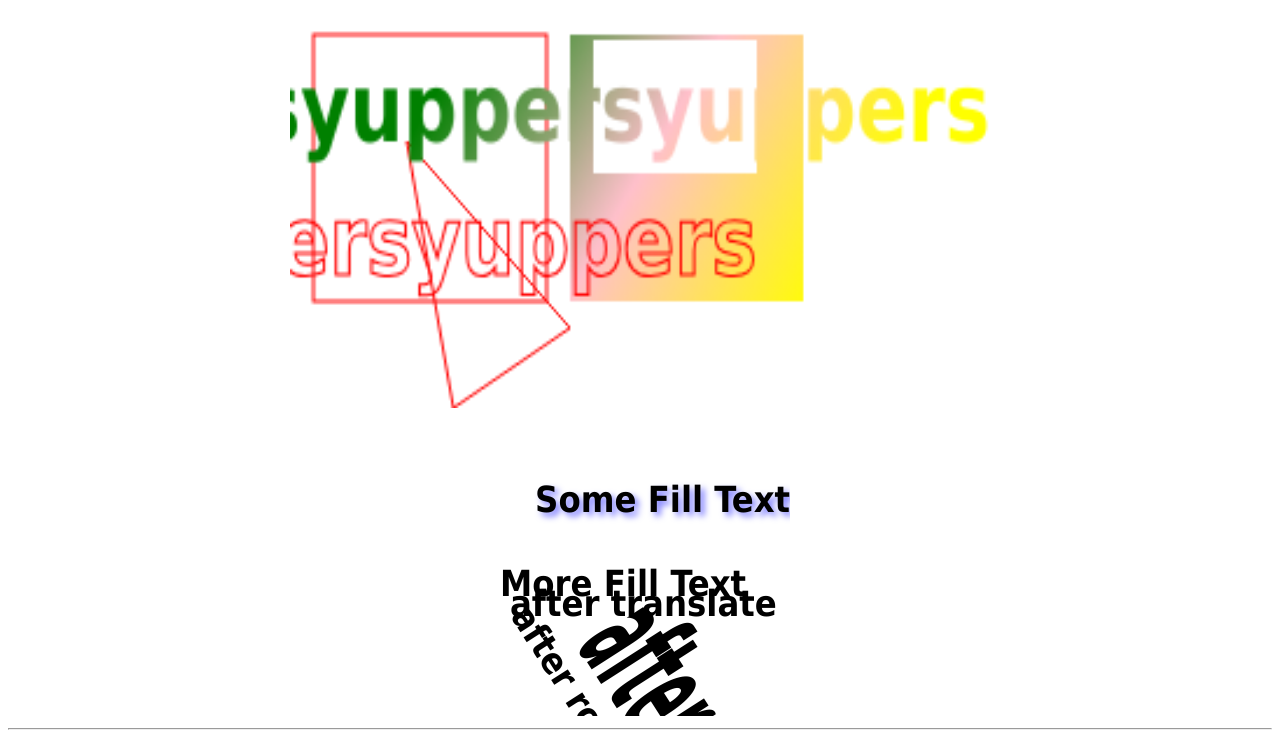
Repository: jksfoTemp/HTML5
Page: default.12.html
The author's editor kept a record of every edit. The page is drawn from the files as they stood at one moment, then again after the next edit.
The browser window is 1280 px wide. The pictures show the whole page.

Above is the page before.
Console error: TypeError: Cannot read properties of null (reading 'getContext')

### default.12.html
<!doctype html>
<html lang="en">
<head>
    <meta charset="utf-8" />
    <title>Default 12, Canvas, gradients, shapes, text, shadows;
    Transformations - translate, rotate, scale; session 36-40; 4:55:54</title>
    <link rel="stylesheet" href="css/default.12.css" />
    <script type="text/javascript" src="js/default.12.js"></script>
</head>

<body>
    <div id="big_wrapper">
        <section id="main">
            <canvas id="canvas1" >
                Hopefully you don't see this but if you do
                please use <a href = "https://www.google.com/intl/en-US/chrome/browser/">Google Chrome </a>
            </canvas>
            <br />
            <canvas id="canvas2" >
                Hopefully you don't see this but if you do
                please use <a href = "https://www.google.com/intl/en-US/chrome/browser/">Google Chrome </a>
            </canvas>
            <br />
            <canvas id="canvas3" >
                Hopefully you don't see this but if you do
                please use <a href = "https://www.google.com/intl/en-US/chrome/browser/">Google Chrome </a>
            </canvas>
        </section>
        <hr />
    </div>
</body>

</html>

### css/default.12.css
body {
    text-align: center;
}

header, section, footer, aside, nav, article, hgroup {
    display: block;
}

#canvas1 {
    width: 700px;
    height: 400px;
}

### js/default.12.js

// console.log('in js file');

// Using the IIFE pattern to avoid polluting the global scope
( function () {

    function doFirst(){ // canvas1
        // Note that the order in which these occur is important
        // Drawing and gradients
        var obj = document.getElementById('canvas1');
        var canvas1 = obj.getContext('2d');
        var g = canvas1.createLinearGradient (50, 50, 200, 150);
        g.addColorStop(0.0, 'green');
        g.addColorStop(0.5, 'pink');
        g.addColorStop(1, 'yellow');

        canvas1.fillStyle= g; // gradient
        // canvas1.fillStyle='blue'; // fill
        canvas1.strokeStyle='red'; // outline

        canvas1.strokeRect(10, 10, 100, 100);
        canvas1.fillRect(120, 10, 100, 100);
        canvas1.clearRect(130, 12, 70, 50);

        canvas1.beginPath();
        canvas1.moveTo(50, 50); // Starting point
        canvas1.lineTo(70, 150); // draw
        canvas1.lineTo(120, 120); // draw
        canvas1.closePath();
        canvas1.stroke(); // actually draw it

        canvas1.font="bold 36px Tahoma";
        canvas1.textAlign="end";
        canvas1.fillText("yuppersyuppersyuppers", 300, 50);
        canvas1.strokeText("yuppersyuppersyuppers", 200, 100);
    }

    function doSecond (){ // canvas2
        // Text and Shadows
        var obj = document.getElementById('canvas2');
        var canvas2 = obj.getContext('2d');

        canvas2.shadowOffsetX = 4;
        canvas2.shadowOffsetY = 4;
        canvas2.shadowBlur = 6;
        // canvas2.shadowColor = 'blue';
        canvas2.shadowColor = 'rgba(0, 0, 255, .5)';

        canvas2.font = "bold 36px Tahoma";
        canvas2.textAlign = "end";
        canvas2.fillText("Some Fill Text", 300, 100)
    }

    function doThird (){ // canvas3
        // Transformations - translate, rotate, scale
        var obj = document.getElementById('canvas3');
        var canvas3 = obj.getContext('2d');

        canvas3.font = "bold 36px Tahoma";
        canvas3.textAlign = "start";
        canvas3.fillText("More Fill Text", 10, 30)

        canvas3.translate(20, 50);
        canvas3.fillText("after translate", 0, 0)

        canvas3.rotate(1); // in radians 1 radian ~= 57.3 degrees
        canvas3.fillText("after rotate", 0, 0)

        canvas3.scale (1.5, 4);
        canvas3.fillText("after scale", 40, -10)
    }

    function doFourth (){ // canvas4
        // Transformations - translate, rotate, scale
        var obj = document.getElementById('canvas4');
        var canvas4 = obj.getContext('2d');

        canvas4.font = "bold 22px Tahoma";
        canvas4.textAlign = "start";

        canvas4.save();

        canvas4.fillText("After initial save", 10, 30)

        canvas4.rotate(1);
        canvas4.fillText("After rotation", 60, 10)

    }

    window.addEventListener ('load', doFirst, false);
    window.addEventListener ('load', doSecond, false);
    window.addEventListener ('load', doThird, false);
    window.addEventListener ('load', doFourth, false);
})();

After the next edit:
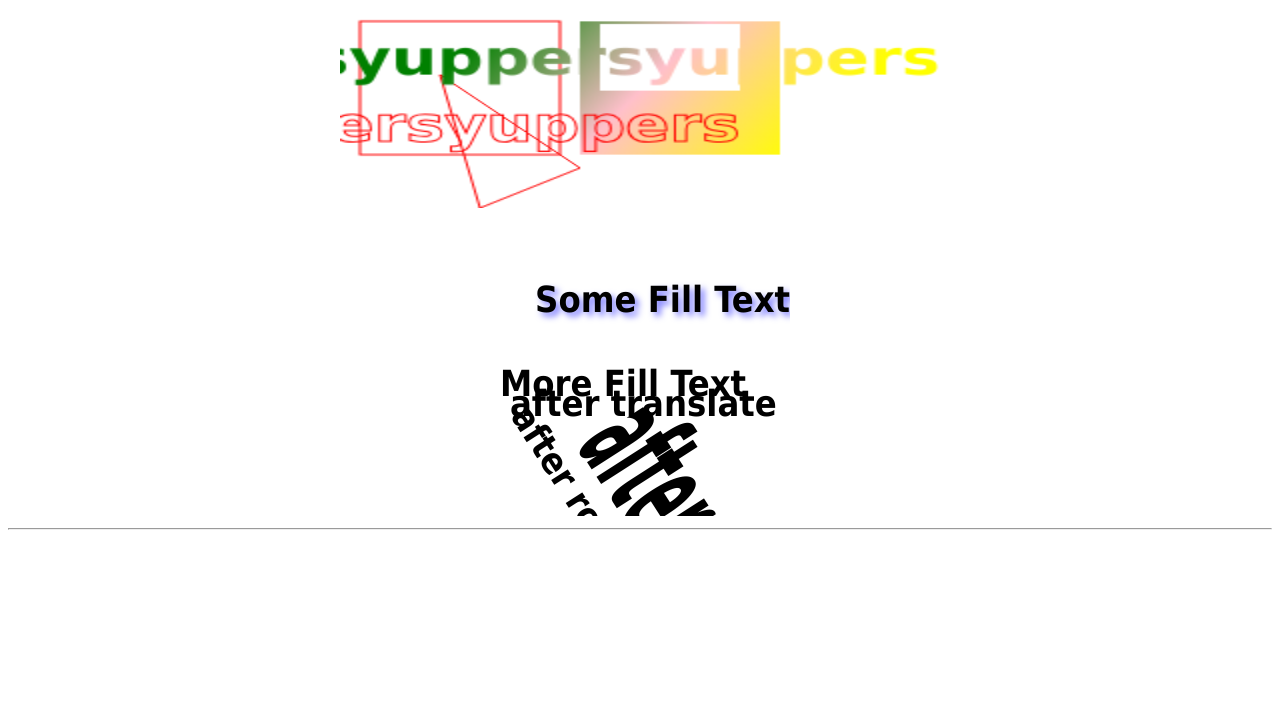
The edit:
--- a/css/default.12.css
+++ b/css/default.12.css
@@ -7,6 +7,6 @@
 }
 
 #canvas1 {
-    width: 700px;
-    height: 400px;
+    width: 600px;
+    height: 200px;
 }
